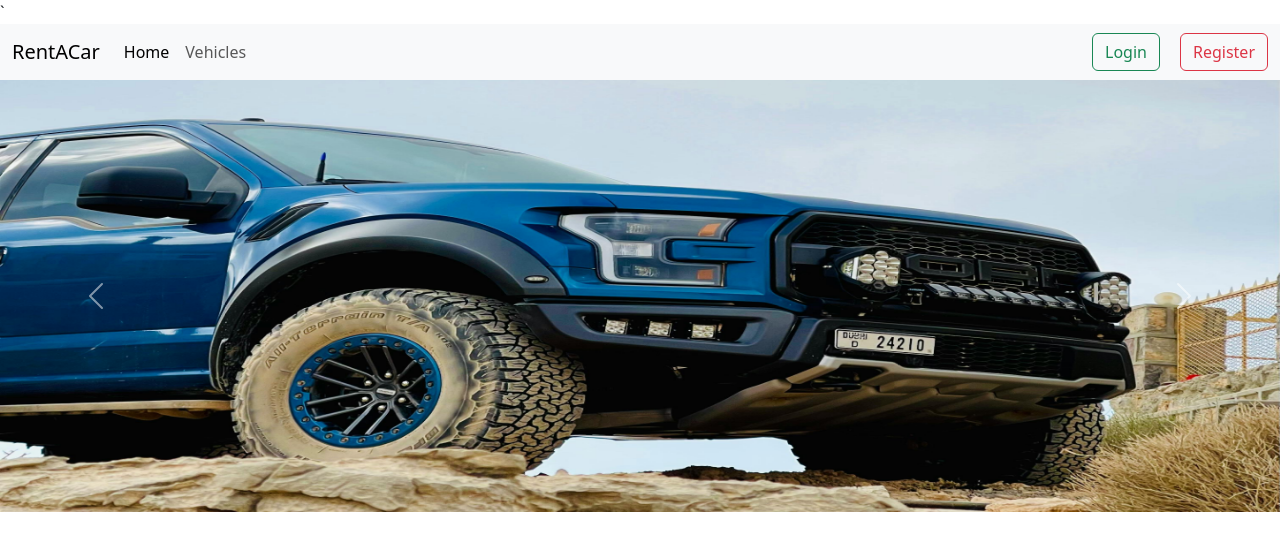
Repository: VimashaVishvani/VehicleRental
Page: http://localhost/Vehicle_rentalDb/
These files come from the project's save history. The page is drawn as it stood at one moment and after the next save; the edit follows.
The browser window is 1280 px wide. The pictures show the whole page.
The page is served by Tomcat 9. Other server files are loaded and not shown.

Above is the page before, as saved 2024-05-04 19:11:59.

### Vehicle_rentalDb/src/main/webapp/index.jsp
<%@ page language="java" contentType="text/html; charset=ISO-8859-1"
    pageEncoding="ISO-8859-1"%>
<!DOCTYPE html>
<html>
<head>
  <link href="https://cdn.jsdelivr.net/npm/bootstrap@5.3.3/dist/css/bootstrap.min.css" rel="stylesheet" integrity="sha384-QWTKZyjpPEjISv5WaRU9OFeRpok6YctnYmDr5pNlyT2bRjXh0JMhjY6hW+ALEwIH" crossorigin="anonymous">
` <script src="https://cdn.jsdelivr.net/npm/bootstrap@5.3.3/dist/js/bootstrap.bundle.min.js" integrity="sha384-YvpcrYf0tY3lHB60NNkmXc5s9fDVZLESaAA55NDzOxhy9GkcIdslK1eN7N6jIeHz" crossorigin="anonymous"></script>
<meta charset="ISO-8859-1">
<title>Insert title</title>


<style>
.courosalImages{
		height:60vh;
}

</style>
</head>
<body  style="padding-top:0;">

<nav class="navbar navbar-expand-lg bg-body-tertiary" style="margine-top:-5%;">
  <div class="container-fluid">
    <a class="navbar-brand" href="#">RentACar</a>
    <button class="navbar-toggler" type="button" data-bs-toggle="collapse" data-bs-target="#navbarSupportedContent" aria-controls="navbarSupportedContent" aria-expanded="false" aria-label="Toggle navigation">
      <span class="navbar-toggler-icon"></span>
    </button>
    <div class="collapse navbar-collapse" id="navbarSupportedContent">
      <ul class="navbar-nav me-auto mb-2 mb-lg-0">
        <li class="nav-item">
          <a class="nav-link active" aria-current="page" href="#">Home</a>
        </li>
        <li class="nav-item">
          <a class="nav-link" href="#">Vehicles</a>
        </li>

      </ul>

      <button class="btn btn-outline-success" type="submit" style="margin-right:20px;">Login</button>

        <button class="btn btn-outline-danger"  s type="submit">Register</button>
    </div>
  </div>
</nav>


<div id="carouselExample" class="carousel slide">
  <div class="carousel-inner">
    <div class="carousel-item active">
      <img src="images/landingPage/1.jpg" class="d-block w-100 courosalImages" alt="...">
    </div>
    <div class="carousel-item">
      <img src="images/landingPage/2.jpg" class="d-block w-100 courosalImages" alt="...">
    </div>
    <div class="carousel-item">
      <img src="images/landingPage/3.jpg" class="d-block w-100 courosalImages" alt="...">
    </div>
  </div>
  <button class="carousel-control-prev" type="button" data-bs-target="#carouselExample" data-bs-slide="prev">
    <span class="carousel-control-prev-icon" aria-hidden="true"></span>
    <span class="visually-hidden">Previous</span>
  </button>
  <button class="carousel-control-next" type="button" data-bs-target="#carouselExample" data-bs-slide="next">
    <span class="carousel-control-next-icon" aria-hidden="true"></span>
    <span class="visually-hidden">Next</span>
  </button>
</div>

</body>
</html>

After the next save:
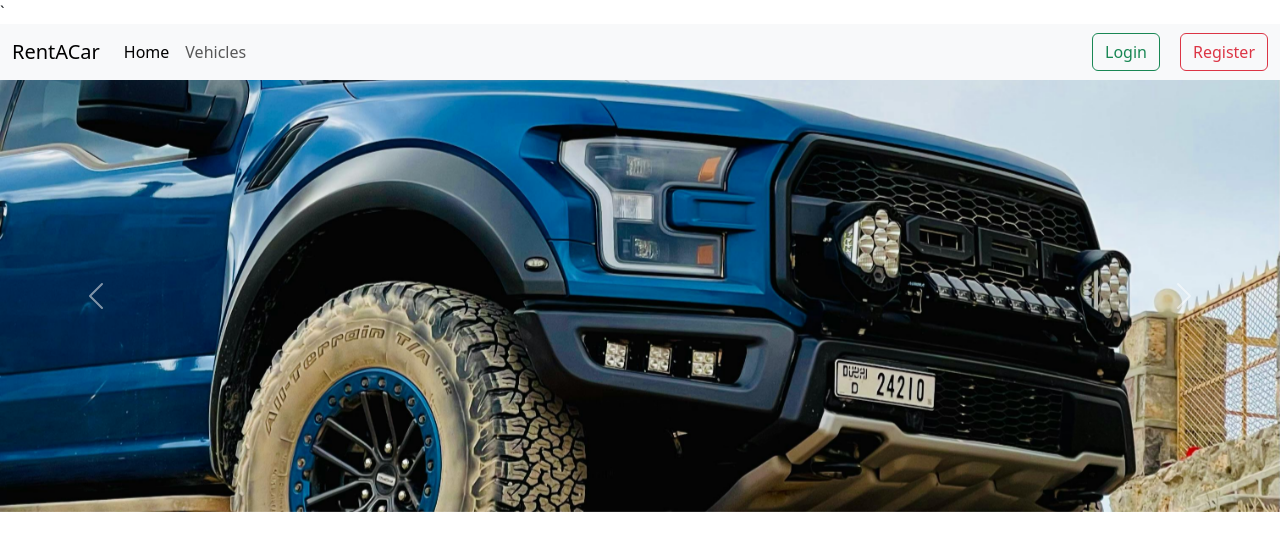
Saved 31 s later.
--- a/Vehicle_rentalDb/src/main/webapp/index.jsp
+++ b/Vehicle_rentalDb/src/main/webapp/index.jsp
@@ -12,6 +12,7 @@
 <style>
 .courosalImages{
 		height:60vh;
+		object-fit:cover;
 }
 
 </style>
